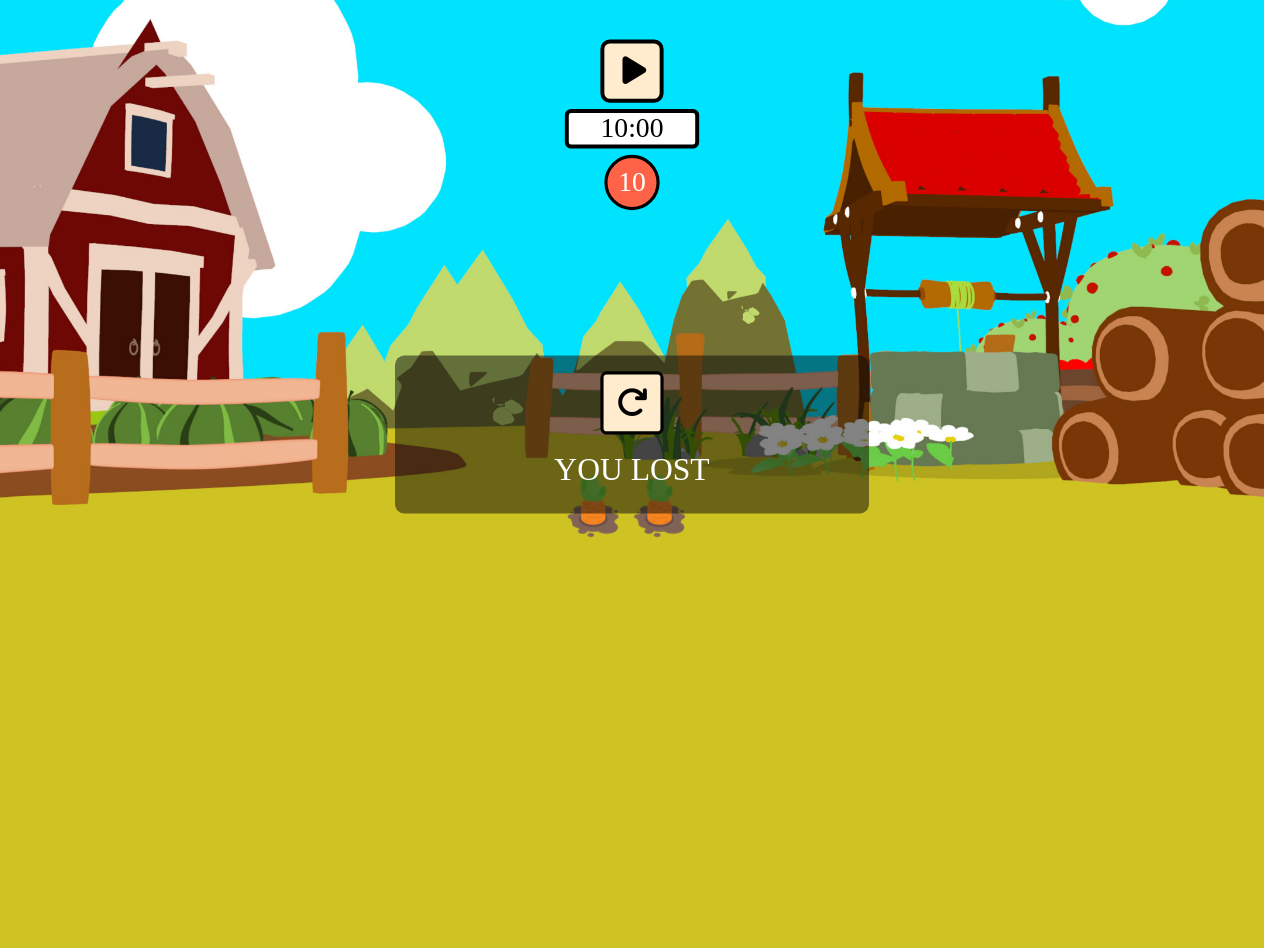
Repository: keehoonjung/Bug-Game
Page: index.html
An editor plug-in stored every save of this project. The page is shown before and after a run of saves, followed by the edit.
The browser window is 1280 px wide. The page is 1600 px wide, so the pictures cover 1600 px, including what lies to the right of the window. The pictures show the whole page, at 79% of full size.
Some web libraries are served in a nearby version.

Above is the page before, as saved 2021-08-10 11:16:36.

After the next 4 saves:
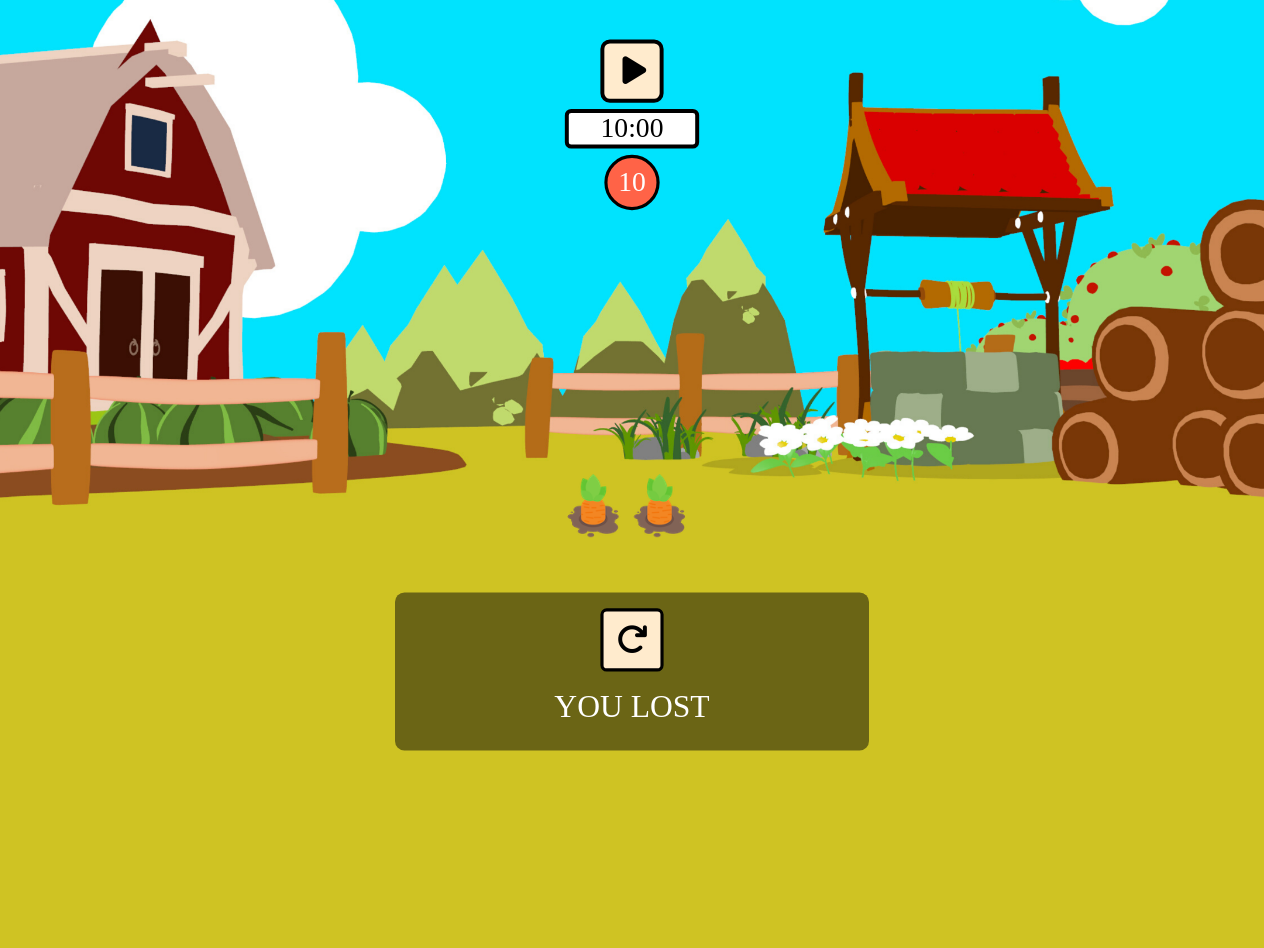
The 4 saves are shown as one change because they came seconds apart.
The last was saved 12 s later.
--- a/style.css
+++ b/style.css
@@ -60,7 +60,7 @@ body {
 
 .popup {
   position: relative;
-  bottom: 750px;
+  bottom: 450px;
   left: 500px;
   width: 600px;
   height: 200px;
